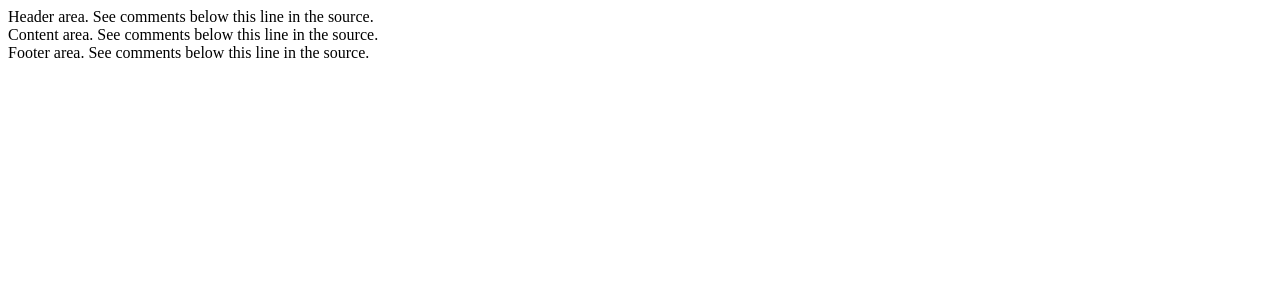
Repository: cfierbin/JavaTraining-1
Page: Unit14/lesson27/WebContent/LivePrices.html
The author's editor kept a copy of each file at every save. The page is drawn from the files as they stood at one save, then again after the next save.
The browser window is 1280 px wide. The pictures show the whole page.

Above is the page before, as saved 2014-05-12 07:50:11.

After the next save:
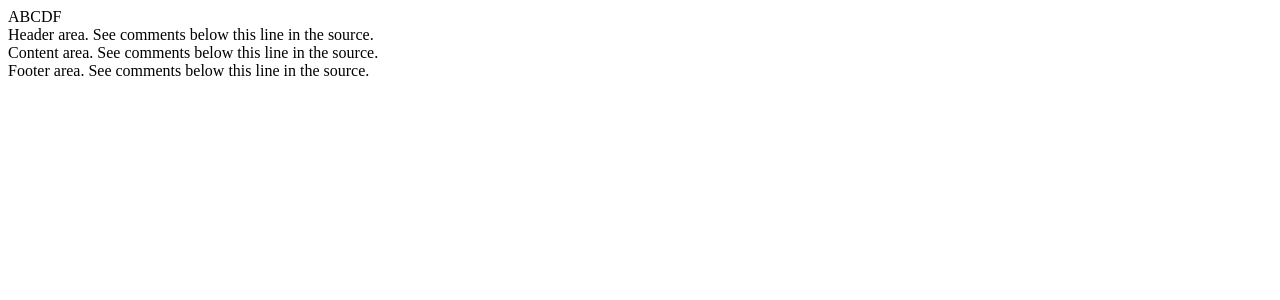
Saved 36 s later.
--- a/Unit14/lesson27/WebContent/LivePrices.html
+++ b/Unit14/lesson27/WebContent/LivePrices.html
@@ -8,7 +8,7 @@
 </head>
 
 <body>
-    	<p:editor></p:editor>
+    	<p:editor>ABCDF</p:editor>
 <ui:debug hotkey="x" rendered="#{initParam['javax.faces.FACELETS_DEVELOPMENT']}"/>
 
 <div id="header">
